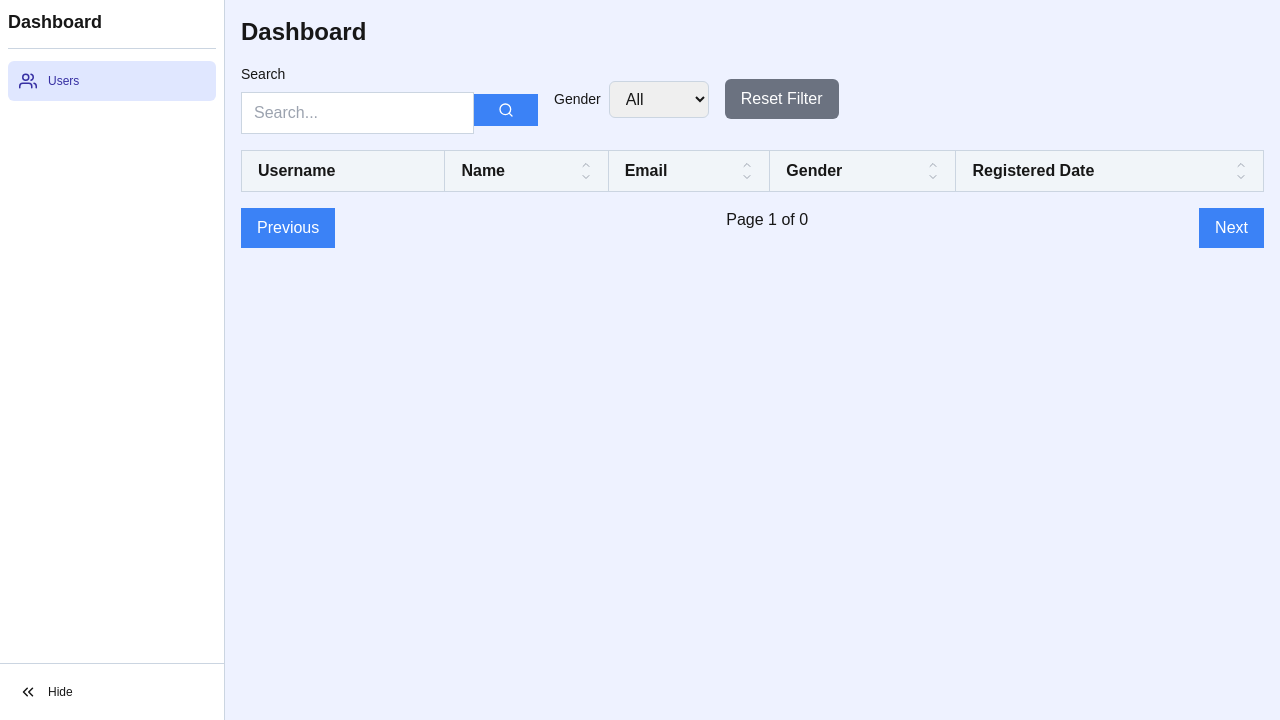
Repository: Ademaulana100499/userdashboard
Page: /
These files come from the project's save history. The page is drawn as it stood at one moment and after the next save; the edit follows.
The browser window is 1280 px wide. The pictures show the whole page.
The page's requests for data from a server got no answer. The project was rebuilt for these pictures with package versions that can differ from the ones it lists, and the page was loaded fresh each time. The framework's server and built-in components were replaced by stand-ins that run in the browser. No one was signed in, and anything a server would have sent is missing. Also part of the build but not shown: next.config.mjs.

Above is the page before, as saved 2025-02-14 21:54:17.

### src/pages/index.js
import React from "react";
import Sidebar from "@/components/Sidebar";
import DashboardContent from "@/components/DashboardContent";
const Dashboard = () => {
  return (
    <div className="flex bg-indigo-50">
      <Sidebar />
      <DashboardContent />
    </div>
  );
};

export default Dashboard;

### src/components/Sidebar.jsx
import React, { useState } from "react";
import { FiChevronsRight, FiUsers } from "react-icons/fi";
import { motion } from "framer-motion";
const Sidebar = () => {
  const [open, setOpen] = useState(true);
  const [selected, setSelected] = useState("Users");

  return (
    <motion.nav
      layout
      className="sticky top-0 h-screen shrink-0 border-r border-slate-300 bg-white p-2"
      style={{
        width: open ? "225px" : "fit-content",
      }}>
      <TitleSection open={open} />

      <div className="space-y-1">
        <Option
          Icon={FiUsers}
          title="Users"
          selected={selected}
          setSelected={setSelected}
          open={open}
        />
      </div>

      <ToggleClose open={open} setOpen={setOpen} />
    </motion.nav>
  );
};

const Option = ({ Icon, title, selected, setSelected, open, notifs }) => {
  return (
    <motion.button
      layout
      onClick={() => setSelected(title)}
      className={`relative flex h-10 w-full items-center rounded-md transition-colors ${
        selected === title
          ? "bg-indigo-100 text-indigo-800"
          : "text-slate-500 hover:bg-slate-100"
      }`}>
      <motion.div
        layout
        className="grid h-full w-10 place-content-center text-lg">
        <Icon />
      </motion.div>
      {open && (
        <motion.span
          layout
          initial={{ opacity: 0, y: 12 }}
          animate={{ opacity: 1, y: 0 }}
          transition={{ delay: 0.125 }}
          className="text-xs font-medium">
          {title}
        </motion.span>
      )}

      {notifs && open && (
        <motion.span
          initial={{ scale: 0, opacity: 0 }}
          animate={{
            opacity: 1,
            scale: 1,
          }}
          style={{ y: "-50%" }}
          transition={{ delay: 0.5 }}
          className="absolute right-2 top-1/2 size-4 rounded bg-indigo-500 text-xs text-white">
          {notifs}
        </motion.span>
      )}
    </motion.button>
  );
};

const TitleSection = ({ open }) => {
  return (
    <div className="mb-3 border-b border-slate-300 pb-3">
      <div className="flex cursor-pointer items-center justify-between rounded-md transition-colors hover:bg-slate-100">
        <div className="flex justify-center items-center">
          {open && (
            <motion.div
              layout
              initial={{ opacity: 0, y: 12 }}
              animate={{ opacity: 1, y: 0 }}
              transition={{ delay: 0.125 }}>
              <span className="block text-lg font-semibold">Dashboard</span>
            </motion.div>
          )}
        </div>
      </div>
    </div>
  );
};

const ToggleClose = ({ open, setOpen }) => {
  return (
    <motion.button
      layout
      onClick={() => setOpen((pv) => !pv)}
      className="absolute bottom-0 left-0 right-0 border-t border-slate-300 transition-colors hover:bg-slate-100">
      <div className="flex items-center p-2">
        <motion.div
          layout
          className="grid size-10 place-content-center text-lg">
          <FiChevronsRight
            className={`transition-transform ${open && "rotate-180"}`}
          />
        </motion.div>
        {open && (
          <motion.span
            layout
            initial={{ opacity: 0, y: 12 }}
            animate={{ opacity: 1, y: 0 }}
            transition={{ delay: 0.125 }}
            className="text-xs font-medium">
            Hide
          </motion.span>
        )}
      </div>
    </motion.button>
  );
};

export default Sidebar;

### src/components/DashboardContent.jsx
import { FiChevronUp, FiChevronDown } from "react-icons/fi";
import { useState, useEffect } from "react";
import { FiSearch } from "react-icons/fi";

const DashboardContent = () => {
  const [data, setData] = useState([]);
  const [filteredData, setFilteredData] = useState([]); // For filtered data
  const [sortConfig, setSortConfig] = useState({ key: null, direction: null });
  const [selectedGender, setSelectedGender] = useState("all"); // Gender filter state
  const [searchKeyword, setSearchKeyword] = useState(""); // For search keyword
  const [currentPage, setCurrentPage] = useState(1); // Track current page
  const itemsPerPage = 5; // Number of items to display per page

  const fetchData = async () => {
    try {
      const response = await fetch(`https://randomuser.me/api/?results=10`);
      const result = await response.json();
      setData(result.results);
      setFilteredData(result.results); // Initialize filteredData with all data
    } catch (error) {
      console.error("Error fetching data:", error);
    }
  };

  useEffect(() => {
    fetchData();
  }, []);

  const handleSort = (key) => {
    let direction = "asc";
    if (sortConfig.key === key && sortConfig.direction === "asc") {
      direction = "desc";
    }
    setSortConfig({ key, direction });

    setFilteredData((prevData) =>
      [...prevData].sort((a, b) => {
        const valueA = getNestedValue(a, key);
        const valueB = getNestedValue(b, key);

        if (valueA < valueB) return direction === "asc" ? -1 : 1;
        if (valueA > valueB) return direction === "asc" ? 1 : -1;
        return 0;
      })
    );
  };

  const handleSearch = () => {
    // Filter data based on searchKeyword only when the search button is clicked
    const filtered = data.filter((user) =>
      `${user.name.first} ${user.name.last}`
        .toLowerCase()
        .includes(searchKeyword.toLowerCase())
    );
    setFilteredData(filtered);
  };

  const handleGenderFilter = (gender) => {
    setSelectedGender(gender);
    if (gender === "all") {
      setFilteredData(data); // Show all data if "All" is selected
    } else {
      const filtered = data.filter((user) => user.gender === gender);
      setFilteredData(filtered); // Filter based on selected gender
    }
  };

  const handleResetFilter = () => {
    // Reset filters
    setSelectedGender("all");
    setSearchKeyword("");
    setFilteredData(data); // Reset filtered data to the original
  };

  const getNestedValue = (obj, path) => {
    return path
      .split(".")
      .reduce((acc, key) => (acc && acc[key] ? acc[key] : ""), obj);
  };

  const getSortIconStyle = (key) => {
    return sortConfig.key === key ? "text-black" : "text-gray-400";
  };

  // Paginate the filtered data based on the current page
  const paginateData = (data) => {
    const indexOfLastItem = currentPage * itemsPerPage;
    const indexOfFirstItem = indexOfLastItem - itemsPerPage;
    return data.slice(indexOfFirstItem, indexOfLastItem);
  };

  // Handle page change
  const handlePageChange = (page) => {
    setCurrentPage(page);
  };

  // Calculate total pages based on filtered data
  const totalPages = Math.ceil(filteredData.length / itemsPerPage);

  return (
    <div className="flex-1 p-4">
      <h1 className="text-2xl font-semibold mb-4">Dashboard</h1>
      <div className="flex gap-4 items-center mb-4">
        {/* Search */}
        <div className="flex flex-col  gap-2">
          <label htmlFor="search" className="text-sm">
            Search
          </label>
          <div>
            <input
              type="text"
              id="search"
              value={searchKeyword}
              onChange={(e) => setSearchKeyword(e.target.value)} // Update search keyword
              placeholder="Search..."
              className="border border-slate-300 px-3 py-2"
            />
            <button
              type="button"
              onClick={handleSearch}
              className="bg-blue-500 text-white px-6 py-2  hover:bg-blue-600">
              <FiSearch />
            </button>
          </div>
        </div>

        {/* Gender Filter */}
        <div className="flex items-center gap-2">
          <label htmlFor="gender" className="text-sm">
            Gender
          </label>
          <select
            name="gender"
            id="gender"
            value={selectedGender}
            onChange={(e) => handleGenderFilter(e.target.value)} // Update gender filter
            className="border border-slate-300 rounded-md px-3 py-2">
            <option value="all">All</option>
            <option value="male">Male</option>
            <option value="female">Female</option>
          </select>
        </div>

        {/* Reset Filter Button */}
        <div className="flex items-center">
          <button
            type="button"
            onClick={handleResetFilter}
            className="bg-gray-500 text-white px-4 py-2 rounded-md hover:bg-gray-600 mt-2 md:mt-0">
            Reset Filter
          </button>
        </div>
      </div>

      <table className="min-w-full table-auto border-collapse border border-slate-300 mt-4">
        <thead>
          <tr className="bg-slate-100">
            <th className="border border-slate-300 px-4 py-2 text-left">
              Username
            </th>
            <th className="border border-slate-300 px-4 py-2 text-left">
              <div className="flex justify-between items-center">
                <span>Name</span>
                <div className="flex flex-col items-center">
                  <FiChevronUp
                    onClick={() => handleSort("name.first")}
                    className={`text-xs cursor-pointer ${getSortIconStyle(
                      "name.first"
                    )}`}
                  />
                  <FiChevronDown
                    onClick={() => handleSort("name.first")}
                    className={`text-xs cursor-pointer ${getSortIconStyle(
                      "name.first"
                    )}`}
                  />
                </div>
              </div>
            </th>
            <th className="border border-slate-300 px-4 py-2 text-left">
              <div className="flex justify-between items-center">
                <span>Email</span>
                <div className="flex flex-col items-center">
                  <FiChevronUp
                    onClick={() => handleSort("email")}
                    className={`text-xs cursor-pointer ${getSortIconStyle(
                      "email"
                    )}`}
                  />
                  <FiChevronDown
                    onClick={() => handleSort("email")}
                    className={`text-xs cursor-pointer ${getSortIconStyle(
                      "email"
                    )}`}
                  />
                </div>
              </div>
            </th>
            <th className="border border-slate-300 px-4 py-2 text-left">
              <div className="flex justify-between items-center">
                <span>Gender</span>
                <div className="flex flex-col items-center">
                  <FiChevronUp
                    onClick={() => handleSort("gender")}
                    className={`text-xs cursor-pointer ${getSortIconStyle(
                      "gender"
                    )}`}
                  />
                  <FiChevronDown
                    onClick={() => handleSort("gender")}
                    className={`text-xs cursor-pointer ${getSortIconStyle(
                      "gender"
                    )}`}
                  />
                </div>
              </div>
            </th>
            <th className="border border-slate-300 px-4 py-2 text-left">
              <div className="flex justify-between items-center">
                <span>Registered Date</span>
                <div className="flex flex-col items-center">
                  <FiChevronUp
                    onClick={() => handleSort("registered.date")}
                    className={`text-xs cursor-pointer ${getSortIconStyle(
                      "registered.date"
                    )}`}
                  />
                  <FiChevronDown
                    onClick={() => handleSort("registered.date")}
                    className={`text-xs cursor-pointer ${getSortIconStyle(
                      "registered.date"
                    )}`}
                  />
                </div>
              </div>
            </th>
          </tr>
        </thead>
        <tbody>
          {paginateData(filteredData).map((user, index) => (
            <tr key={index} className="hover:bg-slate-50">
              <td className="border border-slate-300 px-4 py-2">
                {user.login.username}
              </td>
              <td className="border border-slate-300 px-4 py-2">
                {user.name.title} {user.name.first} {user.name.last}
              </td>
              <td className="border border-slate-300 px-4 py-2">
                {user.email}
              </td>
              <td className="border border-slate-300 px-4 py-2">
                {user.gender}
              </td>
              <td className="border border-slate-300 px-4 py-2">
                {new Date(user.registered.date)
                  .toLocaleString("id-ID", {
                    day: "2-digit",
                    month: "2-digit",
                    year: "numeric",
                    hour: "2-digit",
                    minute: "2-digit",
                  })
                  .replace(",", "")
                  .replace("/", "-")
                  .replace("/", "-")
                  .replace(".", ":")}
              </td>
            </tr>
          ))}
        </tbody>
      </table>

      {/* Pagination controls */}
      <div className="flex justify-between mt-4">
        <button
          onClick={() => handlePageChange(currentPage - 1)}
          disabled={currentPage === 1}
          className="px-4 py-2 bg-blue-500 text-white">
          Previous
        </button>
        <span>
          Page {currentPage} of {totalPages}
        </span>
        <button
          onClick={() => handlePageChange(currentPage + 1)}
          disabled={currentPage === totalPages}
          className="px-4 py-2 bg-blue-500 text-white">
          Next
        </button>
      </div>
    </div>
  );
};

export default DashboardContent;

Loaded but not shown: src/pages/_app.js (common file); src/pages/_document.js (common file); src/styles/globals.css (common file); tailwind.config.mjs (common file)

After the next save:
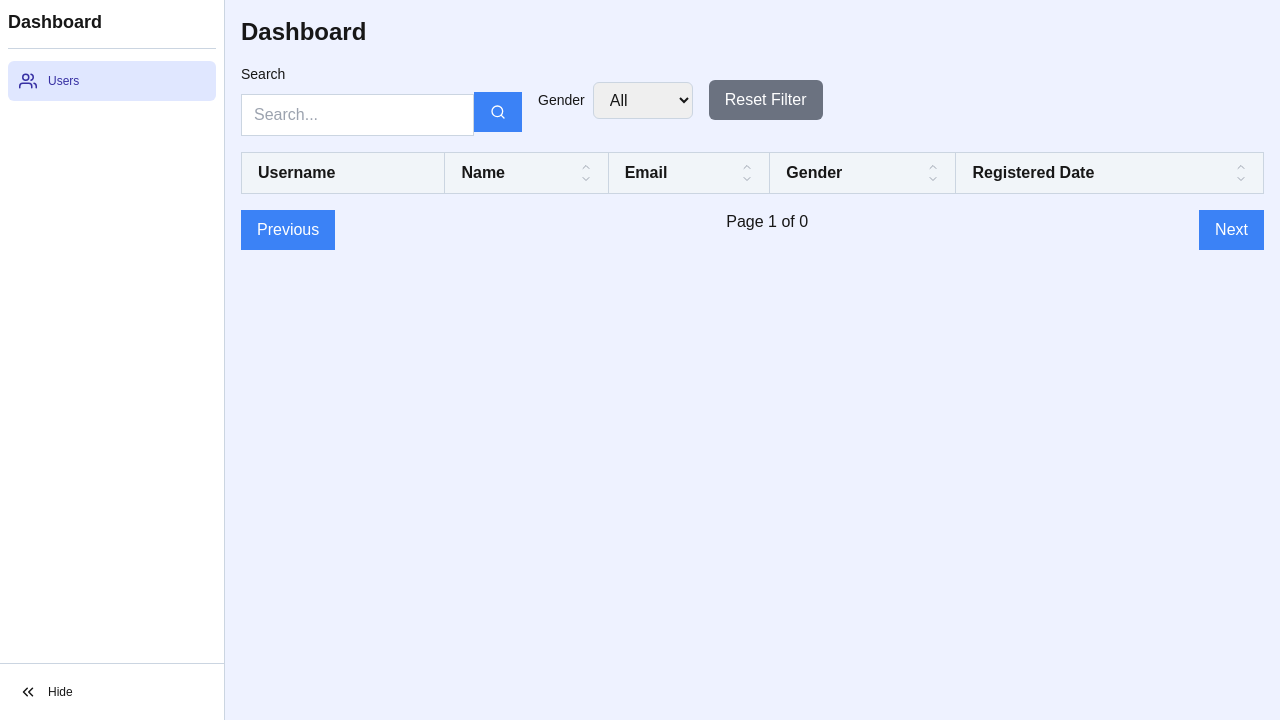
Saved 8 s later.
--- a/src/components/DashboardContent.jsx
+++ b/src/components/DashboardContent.jsx
@@ -118,7 +118,7 @@ const DashboardContent = () => {
             <button
               type="button"
               onClick={handleSearch}
-              className="bg-blue-500 text-white px-6 py-2  hover:bg-blue-600">
+              className="bg-blue-500 text-white px-4 py-3  hover:bg-blue-600">
               <FiSearch />
             </button>
           </div>
